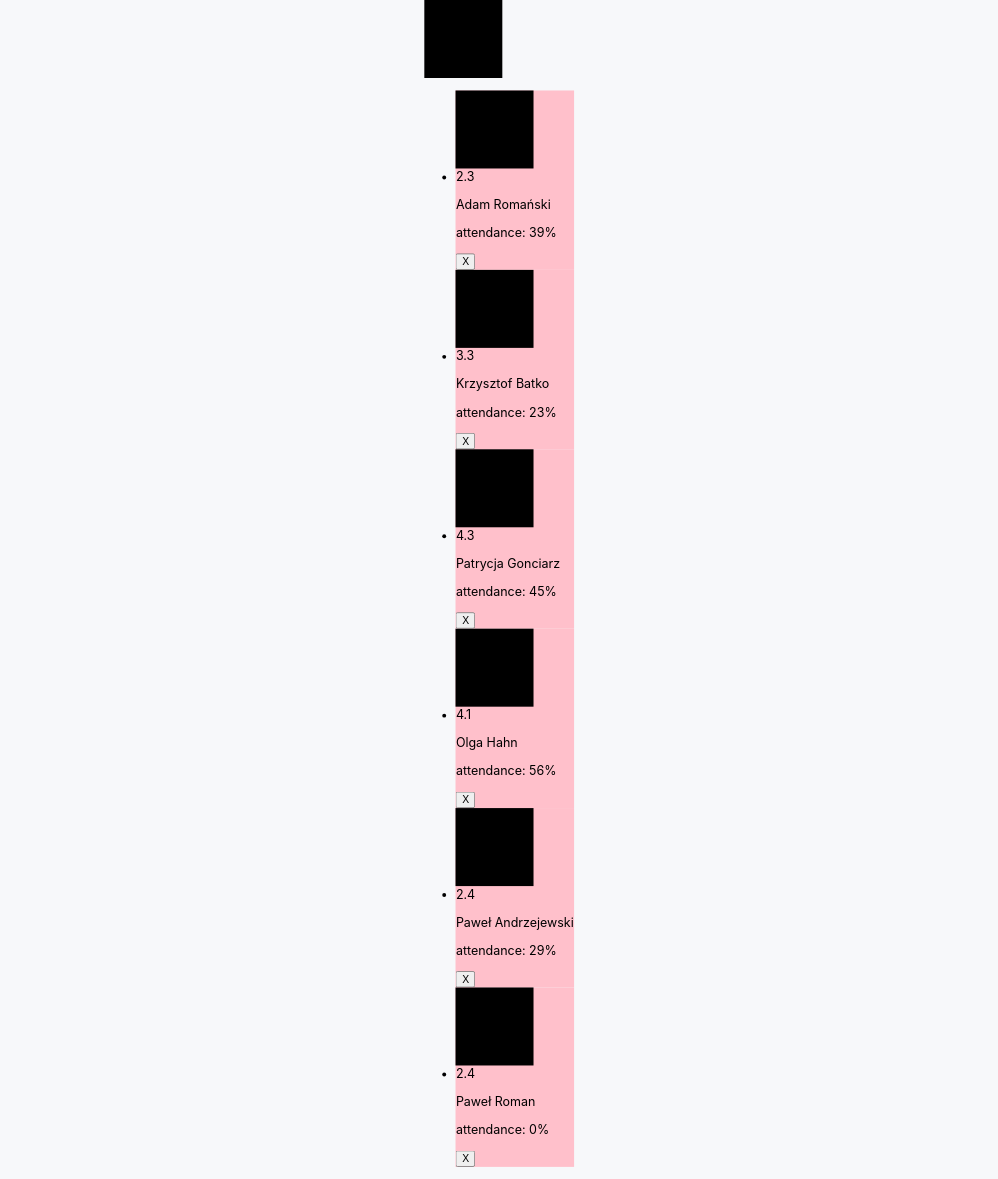
Repository: Dani9090/template-react
Page: /
These files come from the project's save history. The page is drawn as it stood at one moment and after a run of saves; the edit follows.
The browser window is 1280 px wide. The pictures show the whole page, at 78% of full size.
The project was rebuilt for these pictures with package versions that can differ from the ones it lists, and the page was loaded fresh each time.

Above is the page before, as saved 2021-03-05 12:30:31.

### src/index.js
import React from 'react';
import ReactDOM from 'react-dom';
import 'index.css';
import Root from 'views/Root';

ReactDOM.render(
  <React.StrictMode>
    <Root />
  </React.StrictMode>,
  document.getElementById('root')
);

### src/views/Root.js
import React from 'react';
import UserList from 'components/UsersList/UsersList';
import styled from 'styled-components';

const Wrapper = styled.div`
  background-color: #f7f8fa;
  display: flex;
  justify-content: center;
  align-items: center;
  width
`;

const Root = () => (
  <Wrapper>
    <UserList />
  </Wrapper>
);

export default Root;

### src/components/UsersList/UsersList.js
import React from 'react';
import { users } from 'data/users';
import UserListItem from 'components/UserListItem/UserListItem';
import GlobalStyle from 'assets/GlobalStyle.module.scss';

const UserList = () => (
  <div>
    <div className={GlobalStyle.box} />
    <ul>
      {users.map((UserData) => (
        <UserListItem UserData={UserData} />
      ))}
    </ul>
  </div>
);

export default UserList;

### src/data/users.js
export const users = [
  {
    name: 'Adam Romański',
    attendance: '39%',
    average: '2.3',
  },
  {
    name: 'Krzysztof Batko',
    attendance: '23%',
    average: '3.3',
  },
  {
    name: 'Patrycja Gonciarz',
    attendance: '45%',
    average: '4.3',
  },
  {
    name: 'Olga Hahn',
    attendance: '56%',
    average: '4.1',
  },
  {
    name: 'Paweł Andrzejewski',
    attendance: '29%',
    average: '2.4',
  },
  {
    name: 'Paweł Roman',
    average: '2.4',
  },
];

### src/components/UserListItem/UserListItem.js
import React from 'react';
import PropTypes from 'prop-types';
import styles from './UserListItem.module.scss';
import globalStyles from 'assets/GlobalStyle.module.scss';

const UserListItem = ({ UserData: { average, name, attendance = '0%' } }) => (
  <li className={styles.user}>
    <div className={globalStyles.box} />
    <div>{average}</div>
    <div>
      <p>{name}</p>
      <p>attendance: {attendance}</p>
    </div>
    <button>X</button>
  </li>
);

UserListItem.propTypes = {
  userData: PropTypes.shape({
    average: PropTypes.string,
    name: PropTypes.string.isRequired,
    attendance: PropTypes.string,
  }),
};

export default UserListItem;

### src/assets/GlobalStyle.module.scss
.box{
  width: 100px;
  height: 100px;
  background-color: black;
}

### src/components/UserListItem/UserListItem.module.scss
.user {
  background-color: pink;
}

Loaded but not shown: public/index.html (common file); src/index.css (common file)

After the next 2 saves:
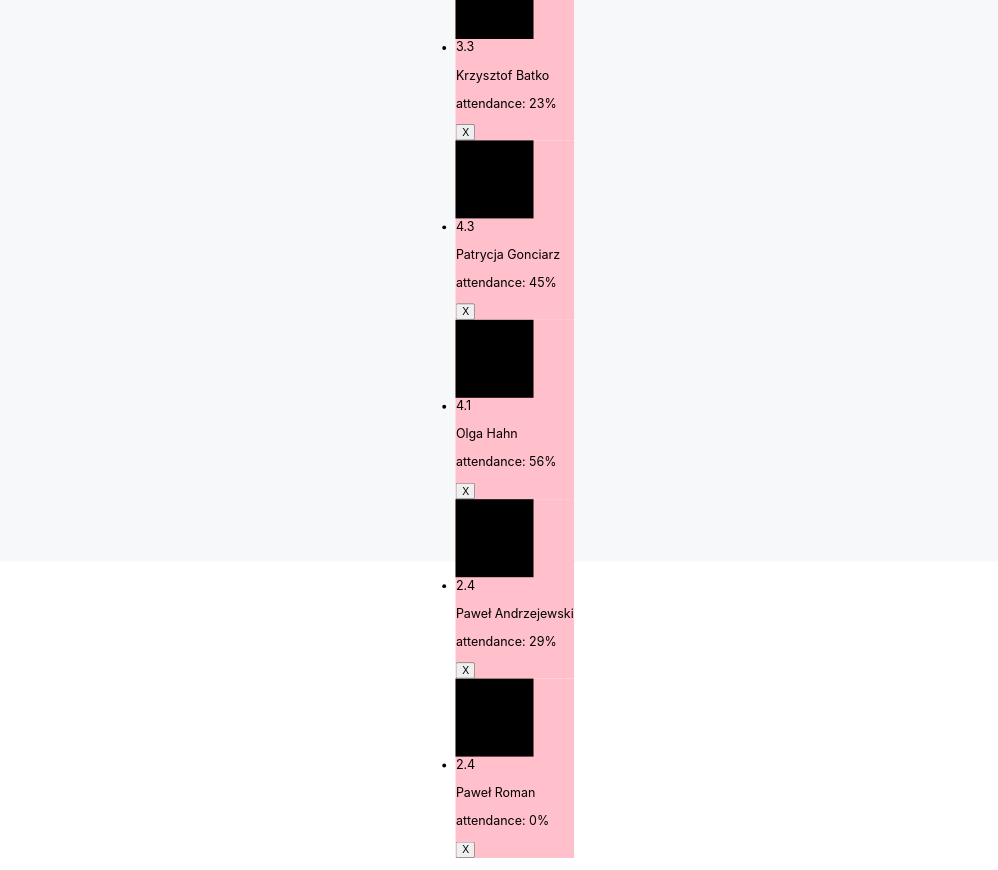
The 2 saves are shown as one change because they came seconds apart.
The last was saved 7 s later.
--- a/src/views/Root.js
+++ b/src/views/Root.js
@@ -7,7 +7,8 @@ const Wrapper = styled.div`
   display: flex;
   justify-content: center;
   align-items: center;
-  width
+  width: 100%;
+  height: 100vh;
 `;
 
 const Root = () => (
